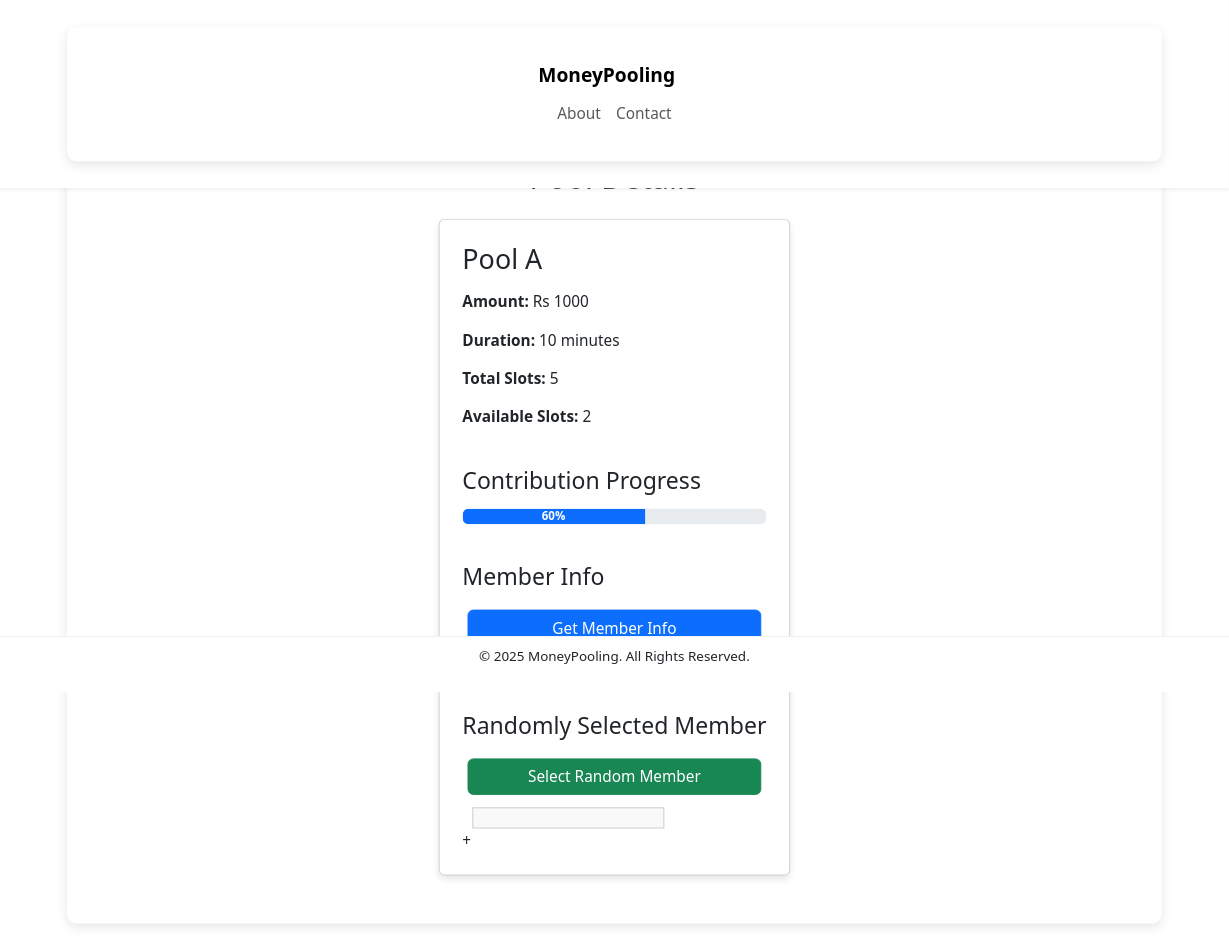
Repository: xxgautm420/MoneyPool
Page: http://localhost/progress
The author's editor kept a copy of each file at every save. The page is drawn from the files as they stood at one save, then again after the next save.
The browser window is 1280 px wide. The pictures show the whole page, at 96% of full size.
The page is served by the project's application, run on Flask 3 (app.py).

Above is the page before, as saved 2025-03-02 13:09:09.

After the next save:
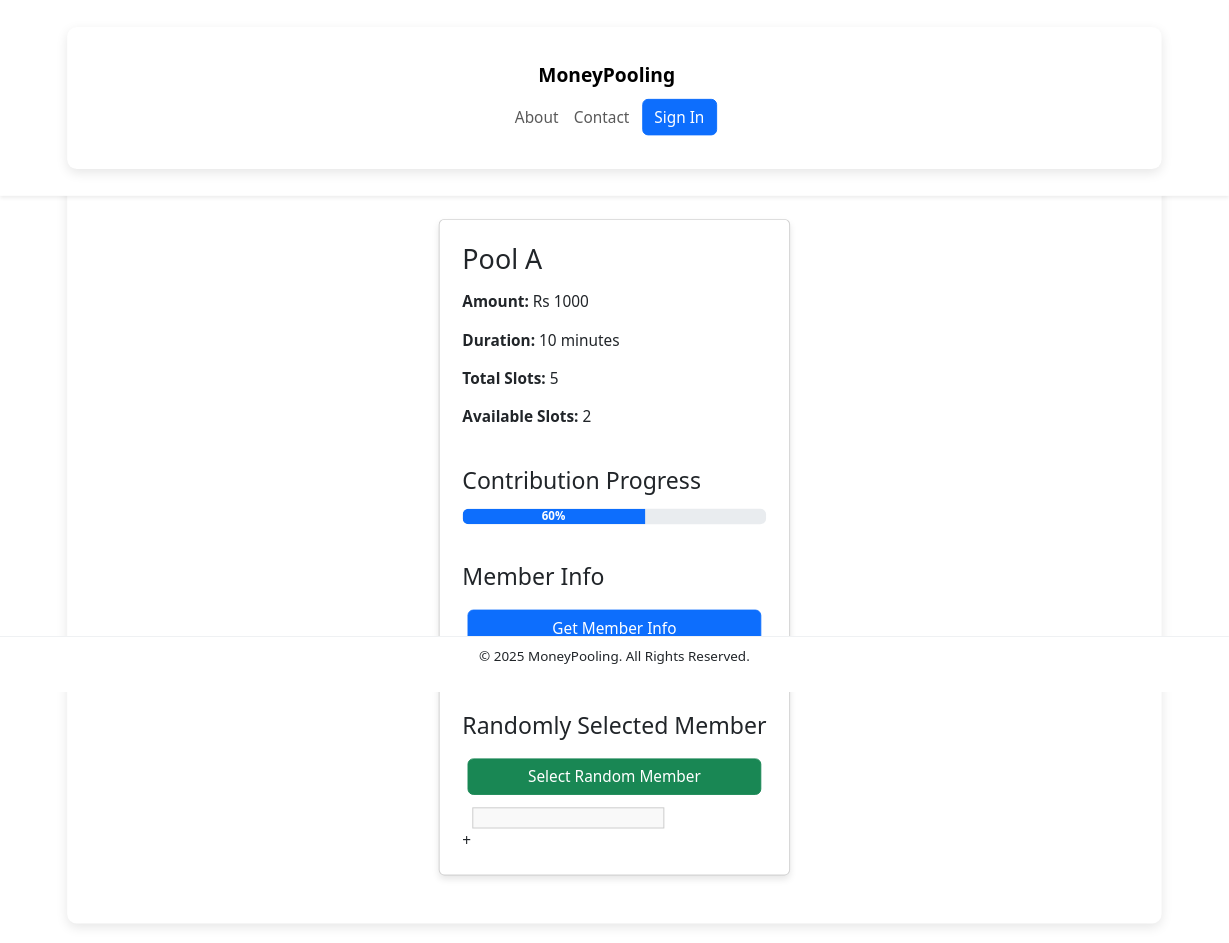
Saved 2 min 13 s later.
--- a/templates/progress.html
+++ b/templates/progress.html
@@ -18,16 +18,48 @@
             <div class="collapse navbar-collapse">
                 <ul class="navbar-nav me-auto mb-2 mb-lg-0">
                     <li class="nav-item">
-                        <a class="nav-link" href="#">About</a>
+                        <a class="nav-link" href="#" id="aboutLink">About</a>
                     </li>
                     <li class="nav-item">
-                        <a class="nav-link" href="#">Contact</a>
+                        <a class="nav-link" href="#" id="contactLink">Contact</a>
                     </li>
                 </ul>
+                <button id="signInButton" class="btn btn-primary">Sign In</button>
+
+        <div id="aboutFormContainer" class="about-container" style="display: none;">
+            <div class="about-box">
+        <section>
+            <h1>About This Project</h1>
+            <p>In today's digital age, web applications play a pivotal role in streamlining various processes and enhancing user experiences. This project focuses on developing a web application designed to facilitate a unique and engaging process where members join a slot, contribute a specified amount, and a randomly selected member benefits until all members have been selected. The application aims to provide a seamless and user-friendly experience, ensuring secure login, easy slot selection, and transparent tracking of contributions.</p>
+            <p>The project is motivated by the need to create an efficient and reliable system that can manage member contributions and random selections in a fair and transparent manner. By leveraging modern web technologies, the application aims to enhance user engagement and foster a sense of community among members. This document outlines the functional requirements, user interaction flow, technical specifications, and expected outcomes of the project.</p>
+            <button id="closeAbout" class="close-button"> x</button>
+        </section>
+        </div>
+    </div>
+    <div id="contactFormContainer" class="contact-container" style="display: none;">
+        <div class="contact-box">
+    <section>
+        <h1>Contact</h1>
+        <form>
+            <label for="name">Name:</label><br>
+            <input type="text" id="name" name="name" placeholder="Your Name"><br><br>
+            <label for="email">Email:</label><br>
+            <input type="email" id="email" name="email" placeholder="Your Email"><br><br>
+            <label for="number">Number:</label><br>
+            <input type="tel" id="number" name="number" placeholder="Your Phone Number"><br><br>
+        </form>
+        <p><strong>Address:</strong> Your Address Here</p>
+        <p><strong>Contact Number:</strong> Your Contact Number Here</p>
+
+        <button id="closeContact" class="close-button"> x</button>
+    </section>
+    </div>
+</div>
+
+
             </div>
         </div>
     </nav>
-
     <!-- Main Content -->
     <!-- Pool Details Section -->
     <div class="container mt-5 pt-5">

After the 3 saves that followed:
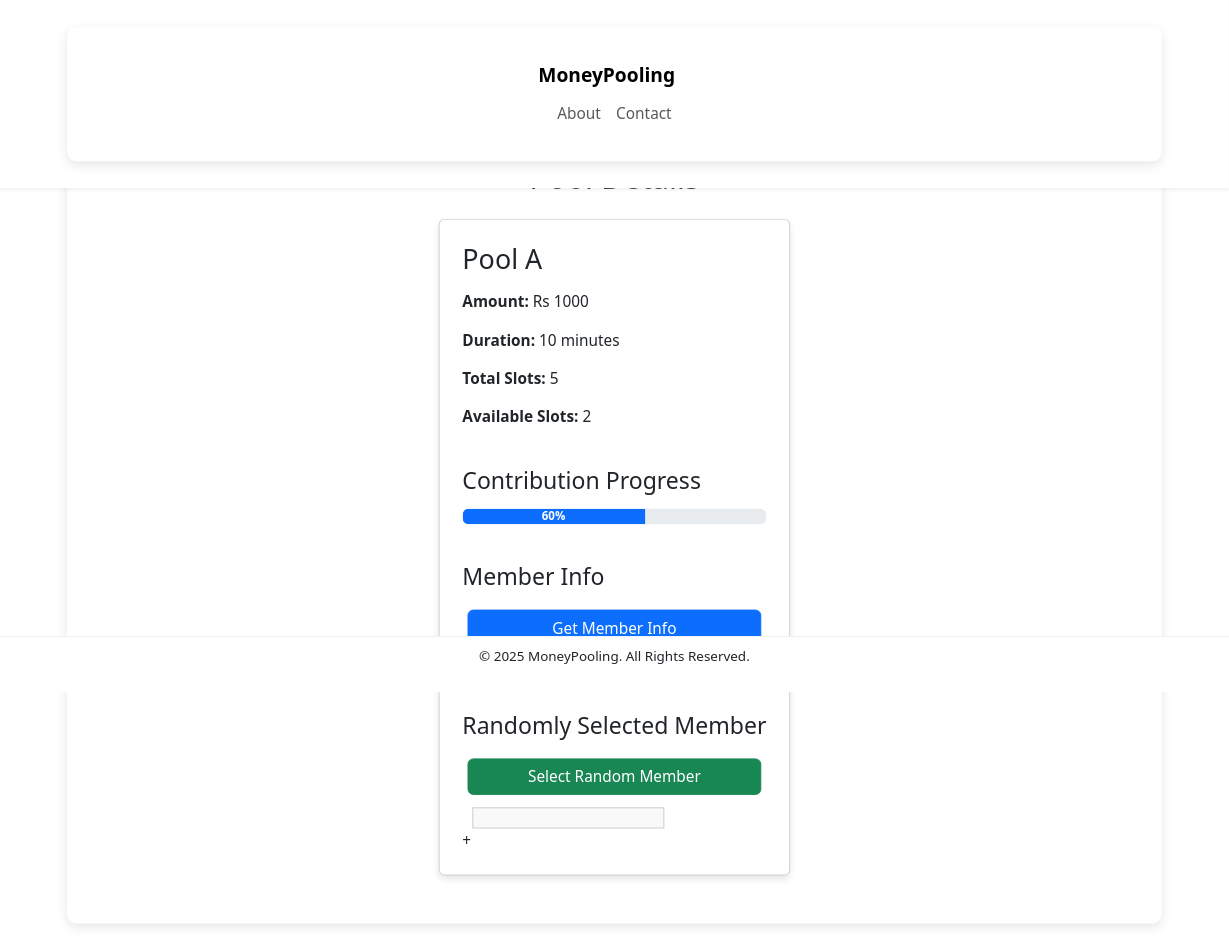
The 3 saves are shown as one change because 1 left the picture as it was and some came seconds apart.
The last was saved 97 s later.
--- a/templates/progress.html
+++ b/templates/progress.html
@@ -24,7 +24,6 @@
                         <a class="nav-link" href="#" id="contactLink">Contact</a>
                     </li>
                 </ul>
-                <button id="signInButton" class="btn btn-primary">Sign In</button>
 
         <div id="aboutFormContainer" class="about-container" style="display: none;">
             <div class="about-box">
--- a/static/Css/progress.css
+++ b/static/Css/progress.css
@@ -14,6 +14,112 @@ body {
 .navbar {
     box-shadow: 0px 2px 5px rgba(0, 0, 0, 0.1);
 }
+
+
+/* About Form Container */
+.about-container {
+    position: fixed;
+    top: 50%;
+    left: 50%;
+    transform: translate(-50%, -50%);
+    width: 80%;
+    max-width: 600px;
+    background-color: white;
+    border-radius: 10px;
+    box-shadow: 0 4px 8px rgba(0, 0, 0, 0.1);
+    overflow: auto;
+    max-height: 90vh;
+    padding: 20px;
+}
+
+.about-box {
+    padding: 20px;
+}
+
+.about-container h1 {
+    margin-top: 0;
+}
+
+.about-container p {
+    line-height: 1.6;
+}
+
+.close-button {
+    position: absolute;
+    top: 10px;
+    right: 10px;
+    background-color: #f44336;
+    color: white;
+    border: none;
+    border-radius: 50%;
+    width: 30px;
+    height: 30px;
+    cursor: pointer;
+    font-size: 16px;
+}
+
+.close-button:hover {
+    background-color: #d32f2f;
+}
+
+ /* contact form */
+
+ .contact-container {
+    position: fixed;
+    top: 50%;
+    left: 50%;
+    transform: translate(-50%, -50%);
+    width: 80%;
+    max-width: 600px;
+    background-color: white;
+    border-radius: 10px;
+    box-shadow: 0 4px 8px rgba(0, 0, 0, 0.1);
+    overflow: auto;
+    max-height: 90vh;
+    padding: 20px;
+}
+
+.contact-container h1 {
+    margin-top: 0;
+}
+
+.contact-container form {
+    margin-top: 20px;
+}
+
+.contact-container input,
+.contact-container textarea {
+    width: 100%;
+    padding: 10px;
+    margin-top: 5px;
+    margin-bottom: 10px;
+    border-radius: 5px;
+    border: 1px solid #ccc;
+}
+
+.contact-container p {
+    line-height: 1.6;
+    margin-top: 10px;
+}
+
+.close-button {
+    position: absolute;
+    top: 10px;
+    right: 10px;
+    background-color: #f44336;
+    color: white;
+    border: none;
+    border-radius: 50%;
+    width: 30px;
+    height: 30px;
+    cursor: pointer;
+    font-size: 16px;
+}
+
+.close-button:hover {
+    background-color: #d32f2f;
+}
+
 
 /* Main Container */
 .container {
